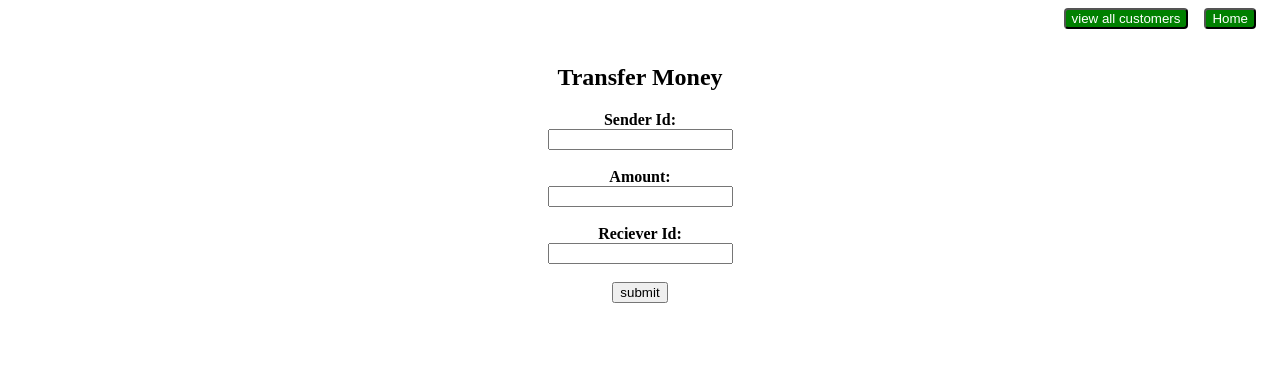
Repository: BarnalaManognaram/sparxintern
Page: sparx_internship/sparx/src/main/webapp/transfer.html
An editor plug-in stored every save of this project. The page is shown before and after the next save, followed by the edit.
The browser window is 1280 px wide. The pictures show the whole page.

Above is the page before, as saved 2021-09-19 16:29:21.

### sparx_internship/sparx/src/main/webapp/transfer.html
<!DOCTYPE html>
<html>
<head>
<meta charset="ISO-8859-1">
<title>transfer</title>
<link rel="stylesheet" href="home.css">
</head>
<body>
<a href="home.html"><button class="button1">Home</button></a>
<a href="Customer.java"><button class="button1">view all customers</button></a><br><br>
  <center>
   <h2>Transfer Money</h2>
    <b>Sender Id:</b><br><input  type="text" name="sid" /><br><br>
    <b>Amount:</b><br><input  type="text" name="tm"/><br><br>
    <b>Reciever Id:</b><br><input type="text" name="rid"/><br><br>
    <input type="button" value="submit"/><br><br>
  </center>
</body>

</html>

### sparx_internship/sparx/src/main/webapp/home.css
@charset "ISO-8859-1";
.button{
	background-color:green;
	color: white;
	border-radius: 8px;
		margin-left:690px;
}
.button1{
	background-color:green;
	color: white;
	border-radius: 4px;
	float: right;
	margin-right:16px;
}
.heading{
	color:green;
}
.bottom{
	background-color:skyblue;
	border-radius: 8px;

}

.table {
  font-family: arial, sans-serif;
  border-collapse: collapse;
  width: 100%;
}

.td {
  border: 1px solid #dddddd;
  text-align: left;
  padding: 8px;
}

.tr:nth-child(even) {
  background-color: #dddddd;
}
.box{
border: 1px dotted #000000;
	outline:0;
	height:25px;
	width: 275px;
}

After the next save:
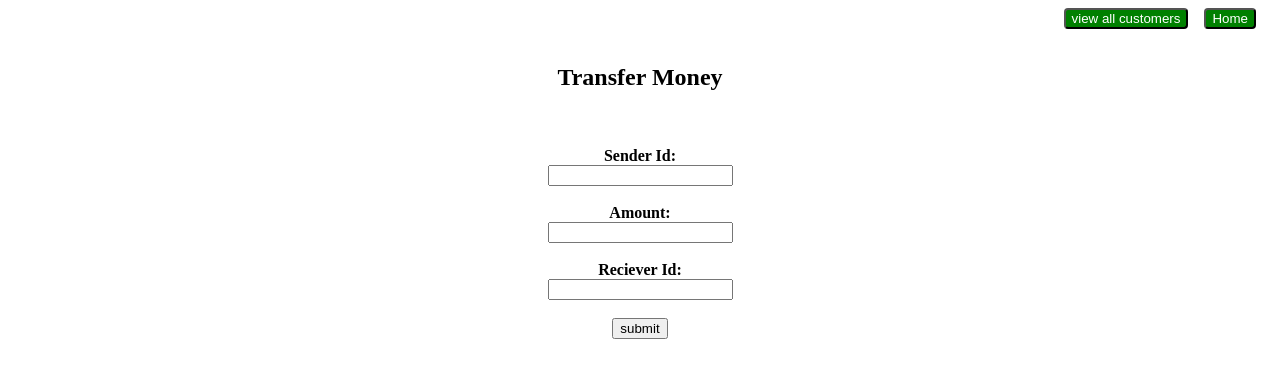
Saved 23 s later.
--- a/sparx_internship/sparx/src/main/webapp/transfer.html
+++ b/sparx_internship/sparx/src/main/webapp/transfer.html
@@ -9,7 +9,7 @@
 <a href="home.html"><button class="button1">Home</button></a>
 <a href="Customer.java"><button class="button1">view all customers</button></a><br><br>
   <center>
-   <h2>Transfer Money</h2>
+   <h2>Transfer Money</h2><br><br>
     <b>Sender Id:</b><br><input  type="text" name="sid" /><br><br>
     <b>Amount:</b><br><input  type="text" name="tm"/><br><br>
     <b>Reciever Id:</b><br><input type="text" name="rid"/><br><br>
